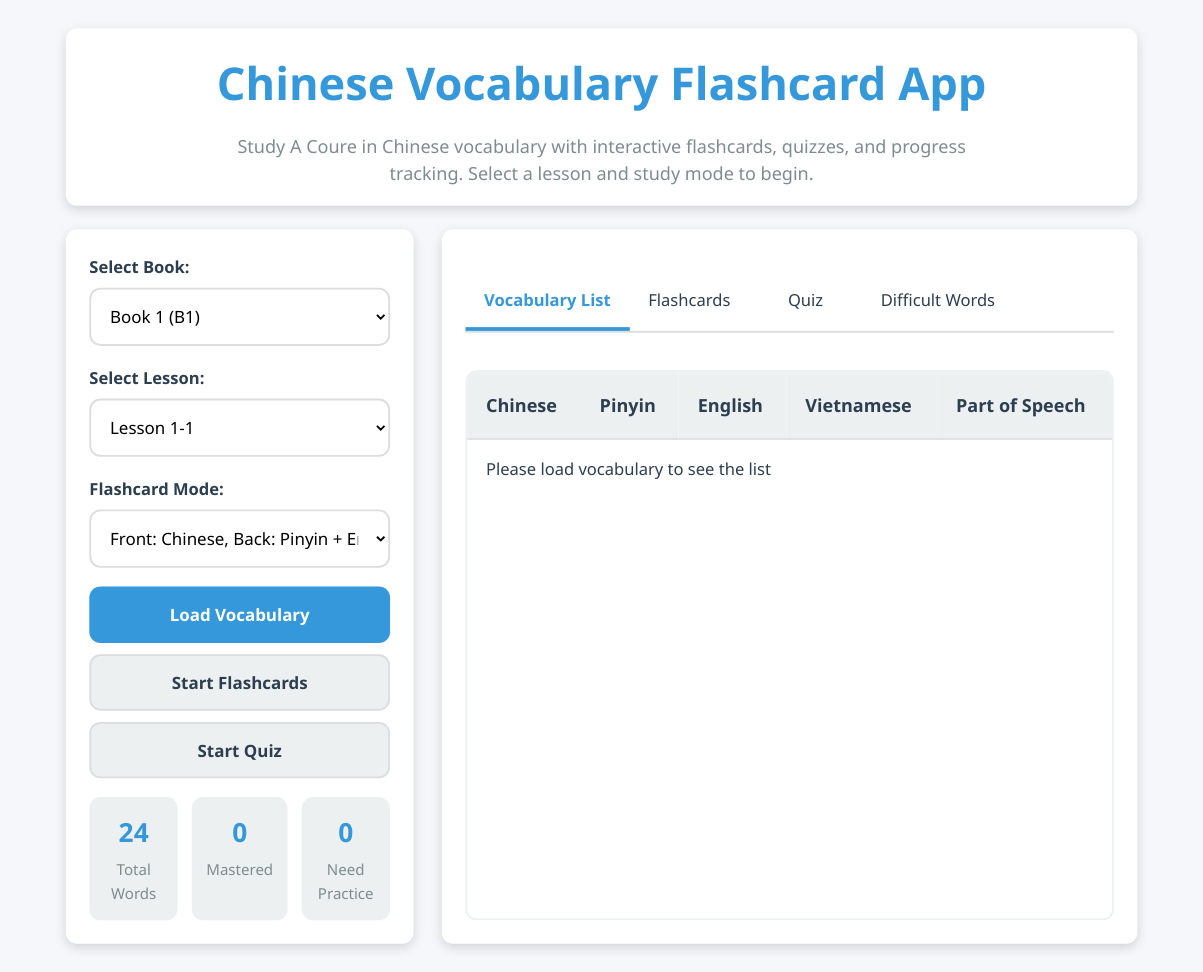
Repository: fangdongyzu/dangdaiflashcards
Page: index.html
These files come from the project's save history. The page is drawn as it stood at one moment and after a run of saves; the edit follows.
The browser window is 1280 px wide. The pictures show the whole page, at 94% of full size.

Above is the page before, as saved 2025-11-03 22:51:09.

### index.html
<!DOCTYPE html>
<html lang="en">
<head>
    <meta charset="UTF-8">
    <meta name="viewport" content="width=device-width, initial-scale=1.0">
    <title>Chinese Vocabulary Flashcard App</title>
    <link rel="stylesheet" href="styles.css">
</head>
<body>
    <div class="container">
        <header>
            <h1>Chinese Vocabulary Flashcard App</h1>
            <p class="app-description">Study A Coure in  Chinese vocabulary with interactive flashcards, quizzes, and progress tracking. Select a lesson and study mode to begin.</p>
        </header>

        <div class="main-content">
            <div class="control-panel">
                <div class="form-group">
                    <label for="book-select">Select Book:</label>
                    <select id="book-select">
                        <option value="B1">Book 1 (B1)</option>
                        <option value="B2">Book 2 (B2)</option>
                        <option value="B3">Book 3 (B3)</option>
                        <option value="B4">Book 4 (B4)</option>
                        <option value="B5">Book 5 (B5)</option>
                        <option value="B6">Book 6 (B6)</option>
                    </select>
                </div>

                <div class="form-group">
                    <label for="lesson-select">Select Lesson:</label>
                    <select id="lesson-select">
                        <!-- Lessons will be populated by JavaScript -->
                    </select>
                </div>

                <div class="form-group">
                    <label for="mode-select">Flashcard Mode:</label>
                    <select id="mode-select">
                        <option value="chinese-front">Front: Chinese, Back: Pinyin + English + Vietnamese</option>
                        <option value="pinyin-front">Front: Pinyin, Back: Chinese + English + Vietnamese</option>
                        <option value="english-front">Front: English, Back: Chinese + Pinyin + Vietnamese</option>
                        <option value="vietnamese-front">Front: Vietnamese, Back: Chinese + Pinyin + English</option>
                    </select>
                </div>

                <div class="button-group">
                    <button id="load-vocab-btn" class="btn primary">Load Vocabulary</button>
                    <button id="start-flashcards-btn" class="btn secondary">Start Flashcards</button>
                    <button id="start-quiz-btn" class="btn secondary">Start Quiz</button>
                </div>

                <div class="stats">
                    <div class="stat-item">
                        <div class="stat-value" id="total-words">0</div>
                        <div class="stat-label">Total Words</div>
                    </div>
                    <div class="stat-item">
                        <div class="stat-value" id="mastered-words">0</div>
                        <div class="stat-label">Mastered</div>
                    </div>
                    <div class="stat-item">
                        <div class="stat-value" id="difficult-words">0</div>
                        <div class="stat-label">Need Practice</div>
                    </div>
                </div>

                <div class="loading-indicator hidden" id="loading-indicator">
                    <div class="loading-spinner"></div>
                    <p>Loading vocabulary data...</p>
                </div>
            </div>

            <div class="study-area">
                <div class="tab-container">
                    <div class="tabs">
                        <div class="tab active" data-tab="vocabulary">Vocabulary List</div>
                        <div class="tab" data-tab="flashcards">Flashcards</div>
                        <div class="tab" data-tab="quiz">Quiz</div>
                        <div class="tab" data-tab="difficult">Difficult Words</div>
                    </div>

                    <div class="tab-content active" id="vocabulary-content">
                        <div class="vocabulary-list">
                            <table class="vocabulary-table">
                                <thead>
                                    <tr>
                                        <th>Chinese</th>
                                        <th>Pinyin</th>
                                        <th>English</th>
                                        <th>Vietnamese</th>
                                        <th>Part of Speech</th>
                                    </tr>
                                </thead>
                                <tbody id="vocabulary-table-body">
                                    <tr>
                                        <td colspan="5" class="text-center">Please load vocabulary to see the list</td>
                                    </tr>
                                </tbody>
                            </table>
                        </div>
                    </div>

                    <div class="tab-content" id="flashcards-content">
                        <div class="flashcard" id="flashcard">
                            <div class="flashcard-inner">
                                <div class="flashcard-front">
                                    <div class="chinese-character" id="flashcard-front-content">請選擇課程</div>
                                </div>
                                <div class="flashcard-back">
                                    <div class="flashcard-content" id="flashcard-back-content">Please select a lesson</div>
                                </div>
                            </div>
                        </div>
                        <div class="flashcard-controls">
                            <button id="prev-card-btn" class="btn secondary">Previous</button>
                            <button id="flip-card-btn" class="btn primary">Flip Card</button>
                            <button id="next-card-btn" class="btn secondary">Next</button>
                            <button id="mark-difficult-btn" class="btn warning">Mark Difficult</button>
                            <button id="mark-mastered-btn" class="btn success">Mark Mastered</button>
                        </div>
                        <div class="progress-info">
                            <div class="progress-text" id="progress-text">Card 0 of 0</div>
                            <div class="progress-bar">
                                <div class="progress" id="flashcard-progress"></div>
                            </div>
                        </div>
                    </div>

                    <div class="tab-content" id="quiz-content">
                        <div class="quiz-setup" id="quiz-setup">
                            <h3>Choose Quiz Type</h3>
                            <div class="quiz-type-selection">
                                <div class="quiz-type-option" data-quiz-type="chinese-english">
                                    <div class="quiz-type-icon">🇨🇳 → 🇺🇸</div>
                                    <div class="quiz-type-info">
                                        <h4>Chinese → English</h4>
                                        <p>Test your English translation skills</p>
                                    </div>
                                </div>
                                <div class="quiz-type-option" data-quiz-type="chinese-vietnamese">
                                    <div class="quiz-type-icon">🇨🇳 → 🇻🇳</div>
                                    <div class="quiz-type-info">
                                        <h4>Chinese → Vietnamese</h4>
                                        <p>Test your Vietnamese translation skills</p>
                                    </div>
                                </div>
                                <div class="quiz-type-option" data-quiz-type="chinese-pinyin">
                                    <div class="quiz-type-icon">🇨🇳 → 📝</div>
                                    <div class="quiz-type-info">
                                        <h4>Chinese → Pinyin</h4>
                                        <p>Test your pinyin knowledge</p>
                                    </div>
                                </div>
                                <div class="quiz-type-option" data-quiz-type="mixed">
                                    <div class="quiz-type-icon">🎲</div>
                                    <div class="quiz-type-info">
                                        <h4>Mixed Questions</h4>
                                        <p>Random combination of all question types</p>
                                    </div>
                                </div>
                            </div>
                            <div class="quiz-start-controls">
                                <button id="start-selected-quiz" class="btn primary" disabled>Start Selected Quiz</button>
                            </div>
                        </div>

                        <div class="quiz-container hidden" id="quiz-container">
                            <div class="quiz-question" id="quiz-question">Loading question...</div>
                            <div class="quiz-options" id="quiz-options">
                                <!-- Quiz options will be populated by JavaScript -->
                            </div>
                            <div class="quiz-feedback" id="quiz-feedback"></div>
                            <div class="quiz-controls">
                                <button id="next-question-btn" class="btn primary hidden">Next Question</button>
                            </div>
                            <div class="progress-info">
                                <div class="progress-text" id="quiz-progress-text">Question 0 of 0</div>
                                <div class="progress-bar">
                                    <div class="progress" id="quiz-progress"></div>
                                </div>
                            </div>
                        </div>
                    </div>

                    <div class="tab-content" id="difficult-content">
                        <div class="difficult-words">
                            <h3>Words Needing Practice</h3>
                            <ul class="difficult-words-list" id="difficult-words-list">
                                <li class="difficult-word text-center">No difficult words yet. Keep studying!</li>
                            </ul>
                            <div class="difficult-words-controls">
                                <button id="practice-difficult-btn" class="btn primary">Practice These Words</button>
                                <button id="clear-difficult-btn" class="btn warning">Clear List</button>
                            </div>
                        </div>
                    </div>
                </div>
            </div>
        </div>
    </div>

    <script src="script.js"></script>
</body>
</html>

Loaded but not shown: script.js (1231 lines, source omitted); styles.css (975 lines, source omitted)

After the next 4 saves:
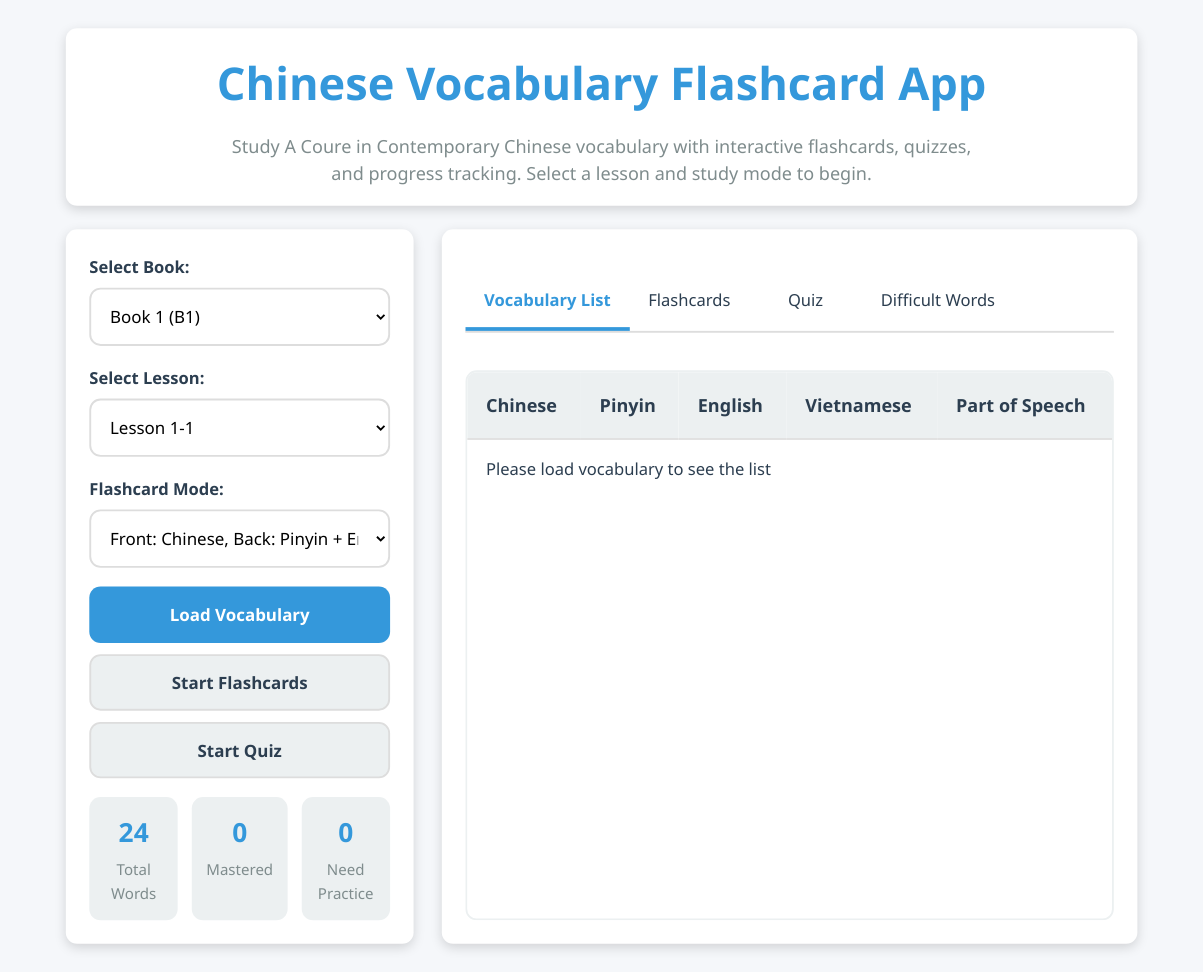
The 4 saves are shown as one change because they came seconds apart.
The last was saved 11 s later.
--- a/index.html
+++ b/index.html
@@ -10,7 +10,7 @@
     <div class="container">
         <header>
             <h1>Chinese Vocabulary Flashcard App</h1>
-            <p class="app-description">Study A Coure in  Chinese vocabulary with interactive flashcards, quizzes, and progress tracking. Select a lesson and study mode to begin.</p>
+            <p class="app-description">Study A Coure in Contemporary Chinese vocabulary with interactive flashcards, quizzes, and progress tracking. Select a lesson and study mode to begin.</p>
         </header>
 
         <div class="main-content">
